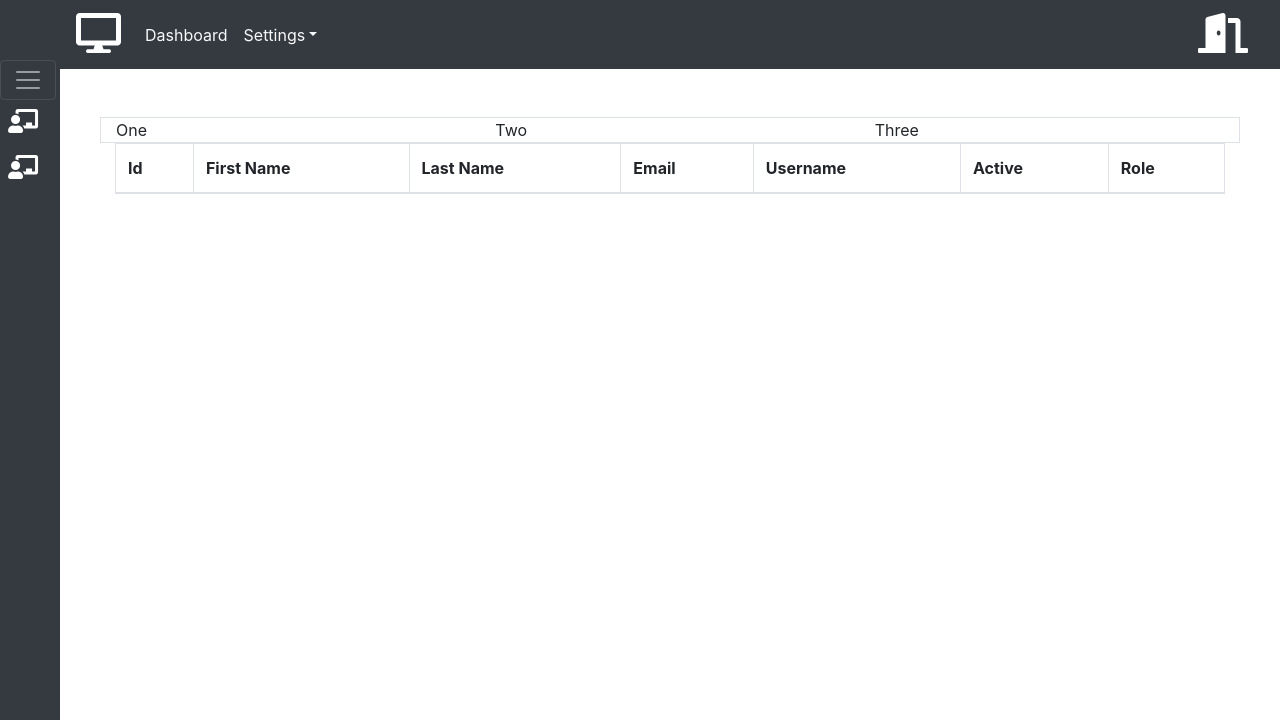
Repository: Pjosif/iDesk
Page: http://localhost/web/protected/userAdm.jsp
An editor plug-in stored every save of this project. The page is shown before and after the next save, followed by the edit.
The browser window is 1280 px wide. The pictures show the whole page.
Some web libraries are served in a nearby version. The page is served by Tomcat 9. Nobody is signed in. The application's start-up code is not run. Other server files are loaded and not shown. The template is opened directly, without the code that normally fills it, so the values that code supplies are empty.

Above is the page before, as saved 2018-08-01 11:56:31.

### main/web/src/main/webapp/protected/userAdm.jsp
<%@ page language="java" contentType="text/html; charset=ISO-8859-1" pageEncoding="ISO-8859-1"%>
<!DOCTYPE html>
<%@ taglib uri="http://www.springframework.org/tags/form" prefix="form"%>
<%@ taglib uri="http://java.sun.com/jsp/jstl/core" prefix="c"%>
<html>
<head>
<meta charset="utf-8">
<meta name="viewport" content="width=device-width, initial-scale=1, shrink-to-fit=no">
<link href="../resources/css/bootstrap.css" rel="stylesheet">
<link rel="stylesheet" href="https://use.fontawesome.com/releases/v5.1.0/css/all.css" integrity="sha384-lKuwvrZot6UHsBSfcMvOkWwlCMgc0TaWr+30HWe3a4ltaBwTZhyTEggF5tJv8tbt" crossorigin="anonymous">
<link href="../resources/css/sidenav.css" rel="stylesheet">
<title>User Management</title>
</head>
<body>
	<jsp:include page="../master/sidenav.jsp" />
	<div id="main" class="main">
		<jsp:include page="../master/header.jsp" />
		<div class="container border mt-5">
			<div class="row">
				<div class="col-sm">One</div>
				<div class="col-sm">Two</div>
				<div class="col-sm">Three</div>
			</div>
		</div>

		<div class="container mx-auto">
			<table class="table table-bordered">
				<thead>
					<tr>
						<th scope="col">Id</th>
						<th scope="col">First Name</th>
						<th scope="col">Last Name</th>
						<th scope="col">Email</th>
						<th scope="col">Username</th>
						<th scope="col">Active</th>
						<th scope="col">Role</th>
					</tr>
				</thead>
				<c:forEach var="emp" items="${list}">
					<tr>
						<th scope="row">${emp.id}</th>
						<td>${emp.firstName}</td>
						<td>${emp.lastName}</td>
						<td>${emp.email}</td>
						<td>${emp.username}</td>
						<td>${emp.active}</td>
						<td>${emp.role.role}</td>
					</tr>
				</c:forEach>
			</table>
		</div>

	</div>
	<script src="https://code.jquery.com/jquery-3.3.1.slim.min.js" integrity="sha384-q8i/X+965DzO0rT7abK41JStQIAqVgRVzpbzo5smXKp4YfRvH+8abtTE1Pi6jizo" crossorigin="anonymous"></script>
	<script src="https://cdnjs.cloudflare.com/ajax/libs/popper.js/1.14.3/umd/popper.min.js" integrity="sha384-ZMP7rVo3mIykV+2+9J3UJ46jBk0WLaUAdn689aCwoqbBJiSnjAK/l8WvCWPIPm49" crossorigin="anonymous"></script>
	<script src="../resources/js/bootstrap.min.js"></script>
</body>
</html>

### main/web/src/main/webapp/master/sidenav.jsp
<div id=sideNav class=sidenav>
	<div class="navbar-dark">
		<button class="navbar-toggler" type="button" onclick="togleNav()">
			<span class="navbar-toggler-icon"></span>
		</button>
	</div>
	<ul>
		<li>
			<a href="#">
				<i class="fas fa-chalkboard-teacher"></i>Incident
			</a>
		</li>
		<li>
			<a href="#">
				<i class="fas fa-chalkboard-teacher"></i>Request
			</a>
		</li>

		<!-- 		<a href="#"><i class="fas fa-chalkboard-teacher"></i>MENU 3</a> -->
		<!-- 		<a href="#"><i class="fas fa-chalkboard-teacher"></i>MENU 4</a> -->
	</ul>
</div>
<script>
	function togleNav() {
		var navigator = document.getElementById("sideNav");
		if (navigator.style.width === "200px") {
			closeNav();
		} else {
			openNav();
		}
	}

	function openNav() {
		document.getElementById("sideNav").style.width = "200px";
		document.getElementById("main").style.marginLeft = "200px";
	}

	function closeNav() {
		document.getElementById("sideNav").style.width = "60px";
		document.getElementById("main").style.marginLeft = "60px";
	}
</script>

### main/web/src/main/webapp/master/header.jsp
<%@ taglib prefix="sec" uri="http://www.springframework.org/security/tags" %>
<nav class="navbar navbar-expand-sm navbar-dark bg-dark">
	<div>
		<a class="navbar-brand" href="home">
			<i class="fas fa-desktop fa-2x"></i>
		</a>
	</div>
	<button class="navbar-toggler" type="button" data-toggle="collapse" data-target="header" aria-controls="header" aria-expanded="false" aria-label="Toggle navigation">
		<span class="navbar-toggler-icon"></span>
	</button>
	<div class="collapse navbar-collapse" id="header">
		<ul class="navbar-nav mr-auto">
			<li class="nav-item">
				<a class="nav-link text-light" href="#">Dashboard</a>
			</li>
			<li class="nav-item dropdown">
				<a class="nav-link dropdown-toggle text-light" style="cursor:pointer" id="settings" data-toggle=dropdown aria-haspopup="true" aria-expanded="false">Settings</a>
				<div class="dropdown-menu" aria-labelledby="settings">
					<a class="dropdown-item" href="#">Configuration Item</a>
				</div>
			</li>
			<sec:authorize access="hasAuthority('ADMIN_PRIVILEGE')">
			<li class="nav-item dropdown">
				<a class="nav-link dropdown-toggle text-light" style="cursor: pointer" id="dropdown03" data-toggle="dropdown" aria-haspopup="true" aria-expanded="false">Administrator</a>
				<div class="dropdown-menu" aria-labelledby="dropdown03">
					<a class="dropdown-item" href="userlist">Users</a>
					<a class="dropdown-item" href="rolelist">Roles</a>
					<a class="dropdown-item" href="privlist">Privilege</a>
				</div>
			</li>
			</sec:authorize>
		</ul>
		<a class="navbar-brand" href="logout">
			<i class="fas fa-door-open fa-2x"></i>
		</a>
	</div>
</nav>

### main/web/src/main/webapp/resources/css/sidenav.css
.main {
	margin-left: 60px;
}

.sidenav {
    height: 100%;
    width: 60px;
    position: fixed;
    z-index: 1;
    top: 0;
    left: 0;
    background-color: #343a40;
    overflow-x: hidden;
    transition: 0.5s;
    padding-top: 60px;
}

.sidenav a {
	width:250px;
    padding: 8px 8px 8px 8px;
    text-decoration: none;
    font-size: 20px;
    color: #FFFFFF;
    display: block;
    transition: 0.3s;
}

.sidenav i {
	padding-right: 22px;
	font-size: 24px;
}

.sidenav ul {
	list-style-type: none;
	padding: 0;
}

.sidenav a:hover {
    color: #f1f1f1;
}

.sidenav .closebtn {
    position: absolute;
    top: 0;
    right: 25px;
    font-size: 36px;
    margin-left: 50px;
}

@media screen and (max-height: 450px) {
  .sidenav {padding-top: 15px;}
  .sidenav a {font-size: 18px;}
}

Loaded but not shown: main/web/src/main/webapp/resources/css/bootstrap.css (library); main/web/src/main/webapp/resources/js/bootstrap.min.js (library)

After the next save:
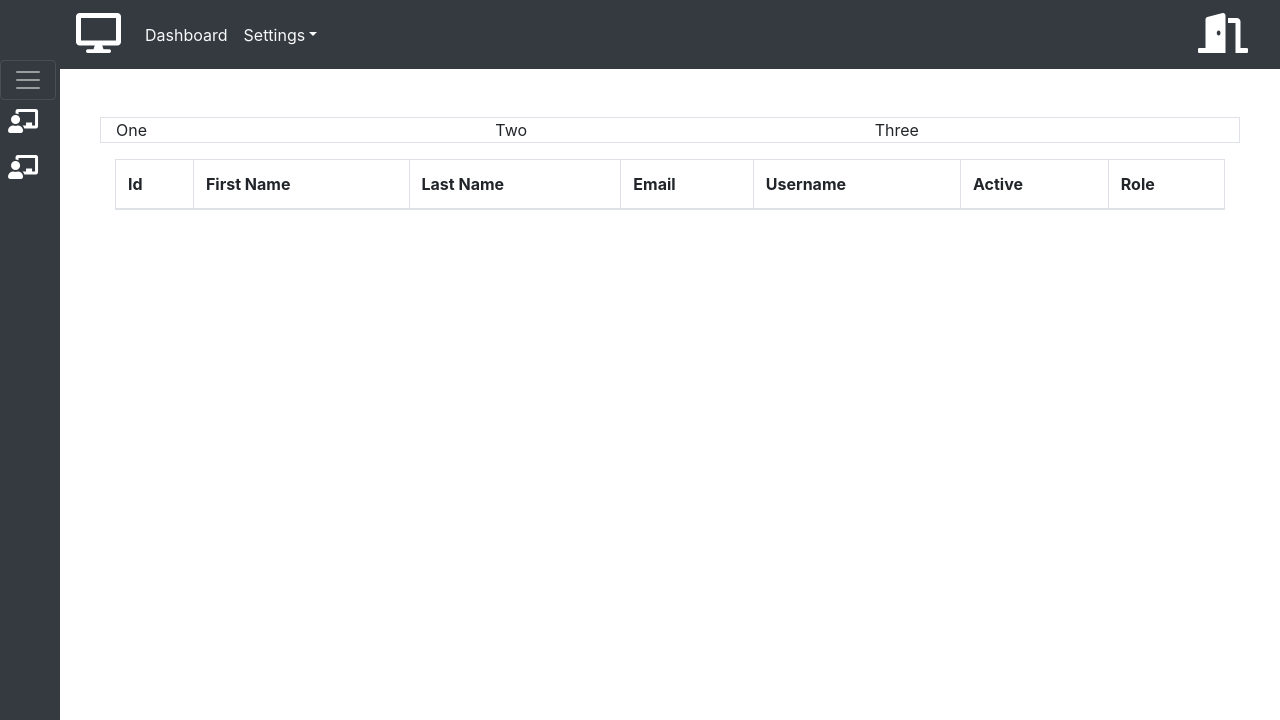
Saved 2 min 37 s later.
--- a/main/web/src/main/webapp/protected/userAdm.jsp
+++ b/main/web/src/main/webapp/protected/userAdm.jsp
@@ -23,7 +23,7 @@
 			</div>
 		</div>
 
-		<div class="container mx-auto">
+		<div class="container mt-3">
 			<table class="table table-bordered">
 				<thead>
 					<tr>
